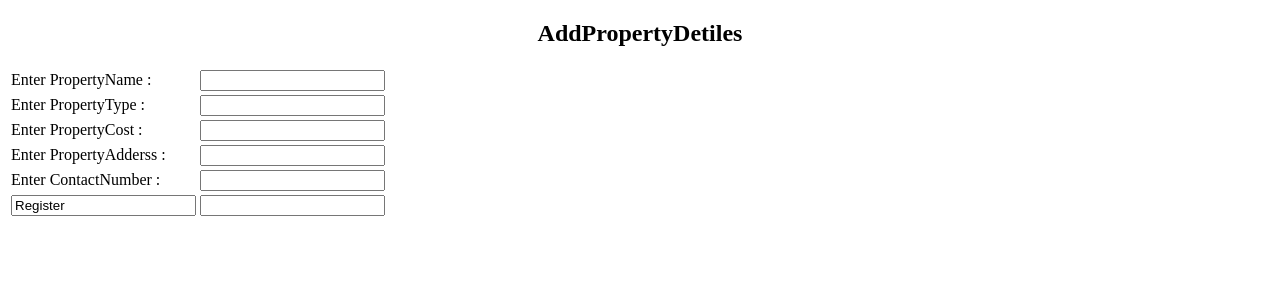
Repository: khadri2021/A2023_Task_Property_Management
Page: http://localhost/AdderssMakersWeb/Add.jsp
These files come from the project's save history. The page is drawn as it stood at one moment and after the next save; the edit follows.
The browser window is 1280 px wide. The pictures show the whole page.
The page is served by Tomcat 9. Other server files are loaded and not shown.

Above is the page before, as saved 2024-02-09 15:23:55.

### AdderssMakersWeb/WebContent/Add.jsp
<%@ page language="java" contentType="text/html; charset=ISO-8859-1"
    pageEncoding="ISO-8859-1"%>
<!DOCTYPE html>
<html>
<head>
<meta charset="ISO-8859-1">
<title>ADD PropertyDetiles</title>
</head>
<body>
<dev align=center>
 <h2>AddPropertyDetiles</h2>
 </dev>
<table>
<tr>
<td>Enter PropertyName :</td>
<td><input type="text" name="ProName"></td>
</tr>
<tr>
<td>Enter PropertyType :</td>
<td><input type="text" name="ProType"></td>
</tr>
<tr>
<td>Enter PropertyCost :</td>
<td><input type="text" name="ProCost"></td>
</tr>
<tr>
<td>Enter PropertyAdderss :</td>
<td><input type="text" name="ProAdd"></td>
</tr>
<tr>
<td>Enter ContactNumber :</td>
<td><input type="number" name="con"></td>
</tr>
<tr><td> <input type="RegisterProperty" value="Register"></td><td> <input type="Cancle"></td></tr>


</table>
</body>
</html>

After the next save:
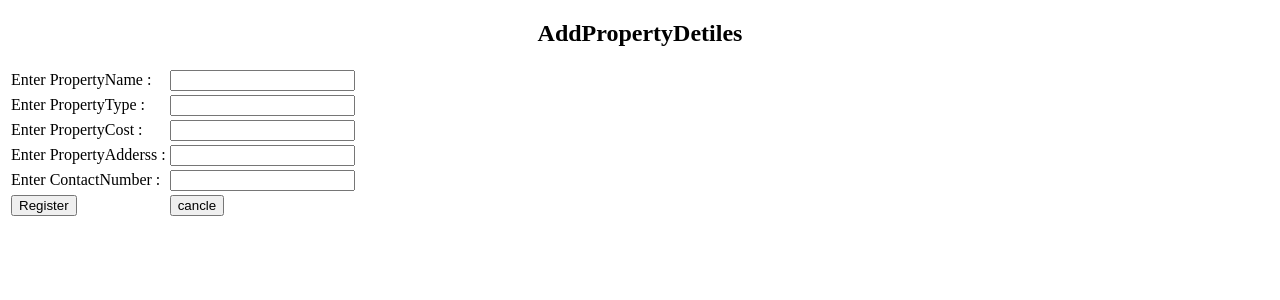
Saved 5 min 48 s later.
--- a/AdderssMakersWeb/WebContent/Add.jsp
+++ b/AdderssMakersWeb/WebContent/Add.jsp
@@ -31,7 +31,7 @@
 <td>Enter ContactNumber :</td>
 <td><input type="number" name="con"></td>
 </tr>
-<tr><td> <input type="RegisterProperty" value="Register"></td><td> <input type="Cancle"></td></tr>
+<tr><td> <input type="button" value="Register"></td><td> <input type="button" value="cancle"></td></tr>
 
 
 </table>
